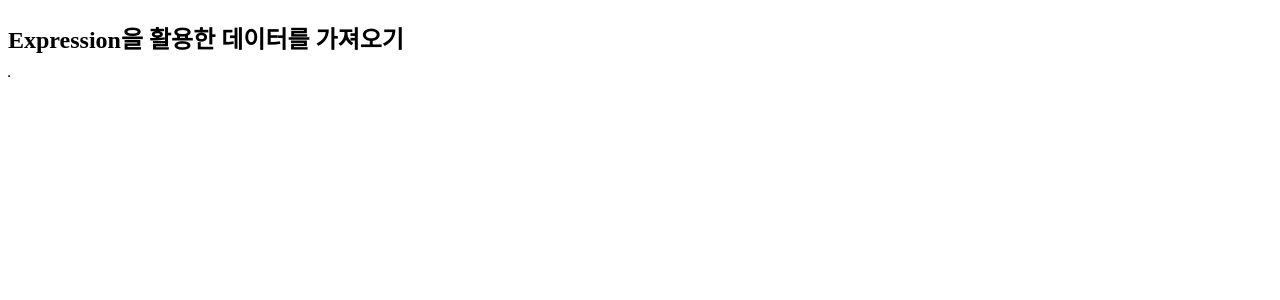
Repository: Rua1006/JSP
Page: http://localhost/practice02/08GetProperty.jsp
The author's editor kept a copy of each file at every save. The page is drawn from the files as they stood at one save, then again after the next save.
The browser window is 1280 px wide. The pictures show the whole page.
The page is served by Tomcat 9.

Above is the page before, as saved 2022-11-10 07:48:10.

After the next save:
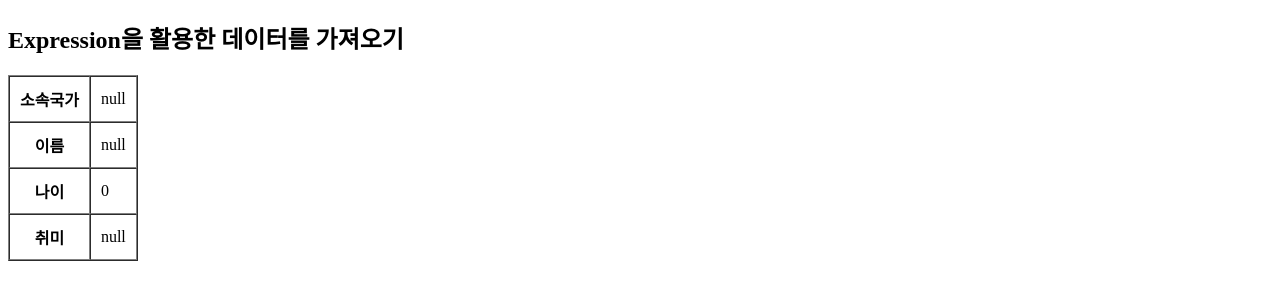
Saved 78 s later.
--- a/practice02/WebContent/08GetProperty.jsp
+++ b/practice02/WebContent/08GetProperty.jsp
@@ -11,7 +11,22 @@
 <body>
 <h2>Expression을 활용한 데이터를 가져오기</h2>
 <table class="table" border="1" cellpadding="10" cellspacing="0">
-
+	<tr>
+		<th>소속국가</th>
+		<td><%=b.getCountry() %></td>
+	</tr>
+	<tr>
+		<th>이름</th>
+		<td><%=b.getName() %></td>
+	</tr>
+	<tr>
+		<th>나이</th>
+		<td><%=b.getAge() %></td>
+	</tr>
+	<tr>
+		<th>취미</th>
+		<td><%=b.getHobby() %></td>
+	</tr>
 </table>
 </body>
 </html>
